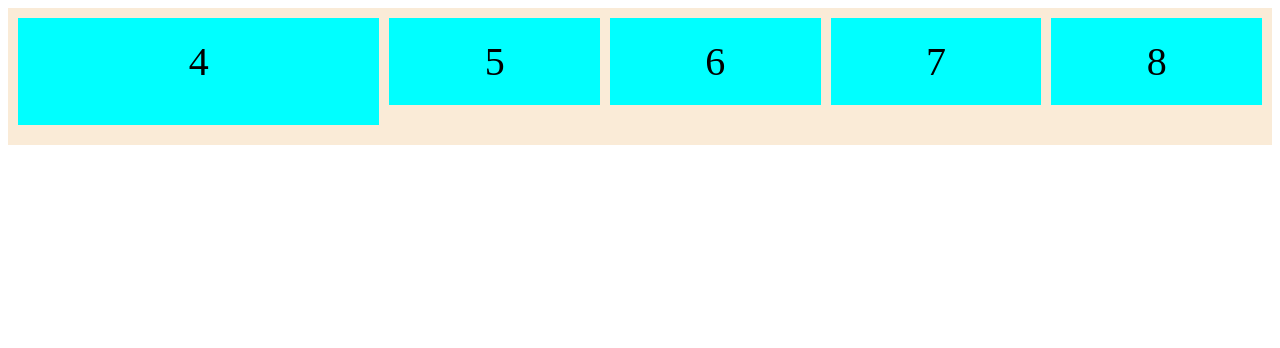
Repository: Thonghehe/Lab1_WEB106
Page: index13.html
An editor plug-in stored every save of this project. The page is shown before and after the next save, followed by the edit.
The browser window is 1280 px wide. The pictures show the whole page.

Above is the page before, as saved 2024-03-08 22:34:02.

After the next save:
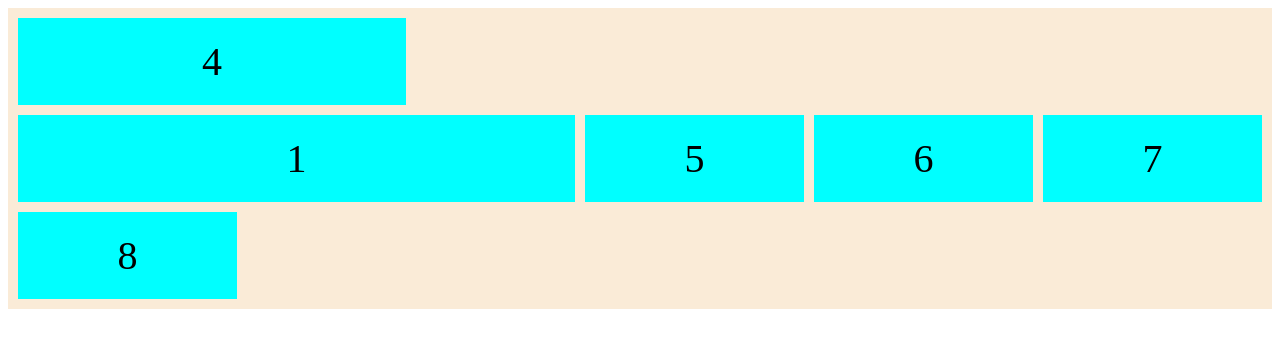
Saved 69 s later.
--- a/index13.html
+++ b/index13.html
@@ -25,11 +25,8 @@
     }
 
 
-    .item1,
-
-    .item2 {
-        grid-column: 1/3;
-        grid-row: 1/4;
+    .item1 {
+        grid-column: 1/4;
     }
 </style>
 
